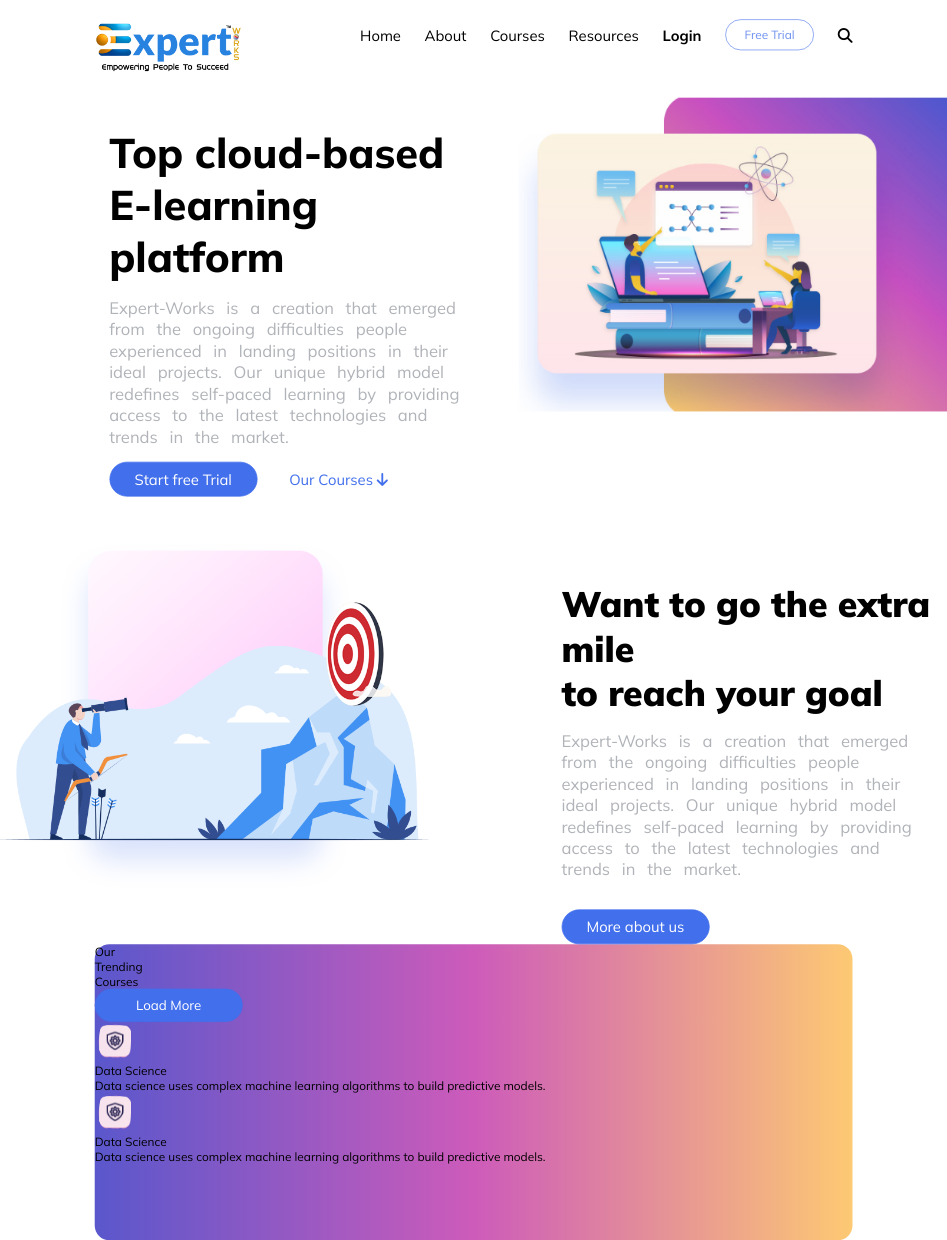
Repository: FlyweisReact/Raghu-B2C
Page: /homePage
These files come from the project's save history. The page is drawn as it stood at one moment and after the next save; the edit follows.
The browser window is 1280 px wide. The pictures show the whole page, at 74% of full size.
Some web libraries are served in a nearby version. The project was rebuilt for these pictures with package versions that can differ from the ones it lists, and the page was loaded fresh each time. Also part of the build but not shown: src/Footer/footer.scss, src/Footer/Footer.jsx, src/component/pages/courses/course.scss, src/component/Navbar/nav.scss, src/component/Navbar/Nav.jsx, src/component/navigation/NavItems.js, src/component/navigation/Dropdown.css, src/component/navigation/Dropdown.js and 43 more.

Above is the page before, as saved 2023-02-03 16:03:13.

### public/index.html
<!DOCTYPE html>
<html lang="en">
  <head>
    <meta charset="utf-8" />
    <link rel="icon" href="%PUBLIC_URL%/favicon.ico" />
    <meta name="viewport" content="width=device-width, initial-scale=1" />
    <meta name="theme-color" content="#000000" />
    <meta
      name="description"
      content="Web site created using create-react-app"
    />
    <link rel="apple-touch-icon" href="%PUBLIC_URL%/logo192.png" />
    <link href="https://fonts.googleapis.com/css2?family=Mulish:ital,wght@0,200;0,300;0,400;0,500;0,600;0,700;0,800;0,900;1,200;1,300;1,400;1,500;1,600;1,700;1,800&display=swap" rel="stylesheet">
    <link rel="manifest" href="%PUBLIC_URL%/manifest.json" />
    <title>Educational Web</title>
  </head>
  <body>
    <noscript>You need to enable JavaScript to run this app.</noscript>
    <div id="root"></div>
    <script src="https://kit.fontawesome.com/b533b351e4.js" crossorigin="anonymous"></script>
  </body>
</html>

### src/index.js
/** @format */

import React from "react";
import ReactDOM from "react-dom";
import { BrowserRouter } from "react-router-dom";
import App from "./App";

ReactDOM.render(
  <React.StrictMode>
    <BrowserRouter>
      <App />
    </BrowserRouter>
  </React.StrictMode>,
  document.getElementById("root")
);

### src/App.js
/** @format */

import { Routes, Route } from "react-router-dom";
import "./App.css";
import "./component/common.scss";
import Courses from "./component/pages/courses/Courses";
import Home from "./component/Home";
import Programs from "./component/pages/Programs/Programs";
import Login from "./component/pages/LoginPage/Login";
import CreateAccount from "./component/pages/CreateAccount/CreateAccount";
import UsertakenCourses from "./component/pages/UserTakenCourses/UsertakenCourses";
import ExploreMore from "./component/pages/morecourses/ExploreMore";
import Forgot from "./component/pages/forgotPassword/Forgot";
import OTP from "./component/pages/otp/OTP";
import Reset from "./component/pages/reset/Reset";
import ViewCourses from "./component/pages/viewCourses/ViewCourses";
import SignUpOtp from "./component/pages/signUpOtp/SignUpOtp"
import MyCourse from "./component/pages/Mycourse/MyCourse";
import MyCourseDesc from "./component/pages/Mycourse/MyCourseDesc";
import FreeTrial from "./component/pages/FreeTrial/FreeTrial";
import Subscription from "./component/pages/FreeTrial/Subscription";
import Billing from "./component/pages/FreeTrial/Billing";
import ThankYOu from "./component/pages/FreeTrial/ThankYOu";
import HomePage from "./HomePage";

function App() {
  const user = false;

  return (
    <div className="App">
      <Routes>
        <Route exect path="/" element={<Login />} />
        <Route exect path="/emailVerify" element={<Forgot />} />
        <Route exect path="/otp" element={<OTP />} />
        <Route exect path="/reset" element={<Reset />} />
        <Route exect path="/cources" element={<Courses />} />
        <Route exect path="/viewCourses" element={<ViewCourses />} />
        <Route exect path="/program" element={<Programs />} />
        <Route exect path="/home" element={<Home user={user} />} />
        <Route exect path="/create-acount" element={<CreateAccount />} />
        <Route exect path="/signUpOtp" element={<SignUpOtp />} />
        <Route exect path="/user" element={<UsertakenCourses />} />
        <Route exect path="/explore" element={<ExploreMore />} />
        <Route exect path="/myCourse" element={<MyCourse />} />
        <Route exect path="/myCourse/:id" element={<MyCourseDesc />} />
        <Route  exect path="/trial" element={<FreeTrial />} />
        <Route  exect path="/subscription" element={<Subscription />} />
        <Route  exect path="/billing" element={<Billing />} />
        <Route  exect path="/thank" element={<ThankYOu />} />
        <Route  exect path="/homePage" element={<HomePage />} />





      </Routes>
    </div>
  );
}

export default App;

### src/App.css
*{
  margin: 0;
  padding: 0;
  box-sizing: border-box;
  font-family: 'Mulish', sans-serif;
}
.hello{
  color:#7ABCFF;
color:  #3284D6;
color:  #D1E8FF;

}

### src/component/common.scss
.links{
    text-decoration: none;
    color: #fff;
    overflow-x: hidden;
}

*{
    // overflow-x: hidden;
    scroll-behavior: smooth;
}

### src/HomePage.js
/** @format */

import React from "react";
import "./HomePage.css";
// Images
import img from "./images/logo.png";
import img1 from './images/1st image.png'
import img2 from './images/2nd image.png'
import img3 from './images/Home.png'
import img4 from './images/icon.png'


const HomePage = () => {
  return (
    <>
      <div className="HomeNewnav">
        <div className="left">
          <img src={img} alt="" />
        </div>
        <div className="right">
          <ul>
            <li>Home</li>
            <li>About </li>
            <li>Courses</li>
            <li>Resources</li>
            <li style={{ fontWeight: "bold" }}>Login</li>
            <button>Free Trial</button>
            <li>
              <i class="fa-solid fa-magnifying-glass"></i>
            </li>
          </ul>
        </div>
      </div>

      <div className="mainSecTwo">
        <div className="left">
          <p className="head">
            Top cloud-based <br /> E-learning platform{" "}
          </p>
          <p className="desc">
            Expert-Works is a creation that emerged from the ongoing
            difficulties people experienced in landing positions in their ideal
            projects. Our unique hybrid model redefines self-paced learning by
            providing access to the latest technologies and trends in the
            market.
          </p>
          <div className="btns">
            <button
              style={{
                backgroundColor: "#426fec",
                color: "#fff",
                width: "200px",
                border: "1px solid #426fec",
                fontSize: "20px",
                borderRadius: "50px",
                padding: "10px",
              }}
            >
              Start free Trial
            </button>
            <button
              style={{
                backgroundColor: "#fff",
                color: "#426fec",
                width: "200px",
                border: "none",
                fontSize: "20px",
                borderRadius: "50px",
                padding: "10px",
              }}
            >
              Our Courses <i class="fa-solid fa-arrow-down"></i>
            </button>
          </div>
        </div>
        <div className="right">
          <img
            src={img3}
            alt=""
          />
        </div>
      </div>

      <div className="mainSecTwo2">
        <div className="left">
          <img
            src={img2}
            alt=""
          />
        </div>
        <div className="right">
          <p className="head">
            Want to go the extra mile <br />
            to reach your goal
          </p>
          <p className="desc">
            Expert-Works is a creation that emerged from the ongoing
            difficulties people experienced in landing positions in their ideal
            projects. Our unique hybrid model redefines self-paced learning by
            providing access to the latest technologies and trends in the
            market.
          </p>
          <div className="btns">
            <button
              style={{
                backgroundColor: "#426fec",
                color: "#fff",
                width: "200px",
                border: "1px solid #426fec",
                fontSize: "20px",
                borderRadius: "50px",
                padding: "10px",
              }}
            >
              More about us
            </button>
          </div>
        </div>
      </div>

      <div className="centerMainDiv">
        <div className="left">
          <p className="head">
            Our <br /> Trending <br /> Courses
          </p>{" "}
          <button
            style={{
              backgroundColor: "#426fec",
              color: "#fff",
              width: "200px",
              border: "1px solid #426fec",
              fontSize: "18px",
              borderRadius: "50px",
              padding: "10px",
            }}
          >
           Load More
          </button>
        </div>
        <div className="right">
            <div className="group">
                <div>
                    <img src={img4} alt='' />
                    <p className="head">Data Science</p>
                    <p className="desc">Data science uses complex machine learning algorithms to build predictive models.</p>
                </div>
                <div>
                    <img src={img4} alt='' />
                    <p className="head">Data Science</p>
                    <p className="desc">Data science uses complex machine learning algorithms to build predictive models.</p>
                </div>
            </div>
        </div>
      </div>
    </>
  );
};

export default HomePage;

### src/HomePage.css
.HomeNewnav{
    display: flex;
    justify-content: space-between;
    width: 80%;
    margin-left:10%;
    margin-top: 2%;
}
.HomeNewnav .left img{
    width: 200px;
}
.HomeNewnav .right ul {
    display: flex;
    gap: 2rem;
}
.HomeNewnav .right ul li{
    list-style: none;
    font-size: 20px;
    margin-top: 10px;
}
.HomeNewnav .right ul  button {
    width: 120px;
    font-size: 16px;
    margin-top: 0;
    border: 1px solid #6e90f0;
    color: #6e90f0;
    background-color: #fff;

    padding: 10px;
    border-radius: 50px;
}
.HomeNewnav .right ul li:hover{
    color: #6e90f0;
    cursor: pointer;
}



.mainSecTwo {
    display: flex;
    margin-top: 2%;
    gap: 2rem;
    justify-content: space-between;
}
.mainSecTwo .left{
    width: 50%;
    margin-left: 7%;
    margin-top: 3%;
}
.mainSecTwo .right{
    width: 50%;
}
.mainSecTwo .right img {
    width: 100%;
}
.mainSecTwo .left .head{
    font-size: 3.5rem;
    font-weight: 800;
    margin-left: 10%;

}
.mainSecTwo .left .desc{
    width: 500px;
    word-spacing: 10px;
    font-size: 1.4rem;
    margin-top: 20px;
    margin-left: 10%;
    color: #b0b3b8;
}
.mainSecTwo .left .btns{
    display: flex;
    gap: 10px;
    margin-left: 10%;
    margin-top: 20px;
}



.mainSecTwo2{
    display: flex;
    margin-top: 5%;
    gap: 2rem;
    justify-content: space-between;
}
.mainSecTwo2 .right{
    width: 50%;
    margin-top: 4%;
    margin-left: 7%;
}
.mainSecTwo2 .left{
    width: 50%;

}
.mainSecTwo2 .left img {
    width: 100%;
}
.mainSecTwo2 .right .head{
    font-size: 3rem;
    font-weight: 900;
    margin-left: 10%;
}
.mainSecTwo2 .right .desc{
    width: 500px;
    word-spacing: 10px;
    font-size: 1.4rem;
    margin-top: 20px;
    margin-left: 10%;
    color: #b0b3b8;
}
.mainSecTwo2 .right .btns{
    display: flex;
    gap: 10px;
    margin-left: 10%;
    margin-top: 40px;
}


.centerMainDiv{
    width: 80%;
  height: 400px;
  background-image: linear-gradient(to right, #5a57cc , #cd5bba , #fdc973);
  margin: auto;
  border-radius: 20px;
}

Loaded but not shown: src/component/pages/viewCourses/viewCourses.css (no stored copy; drawn as an empty file)

After the next save:
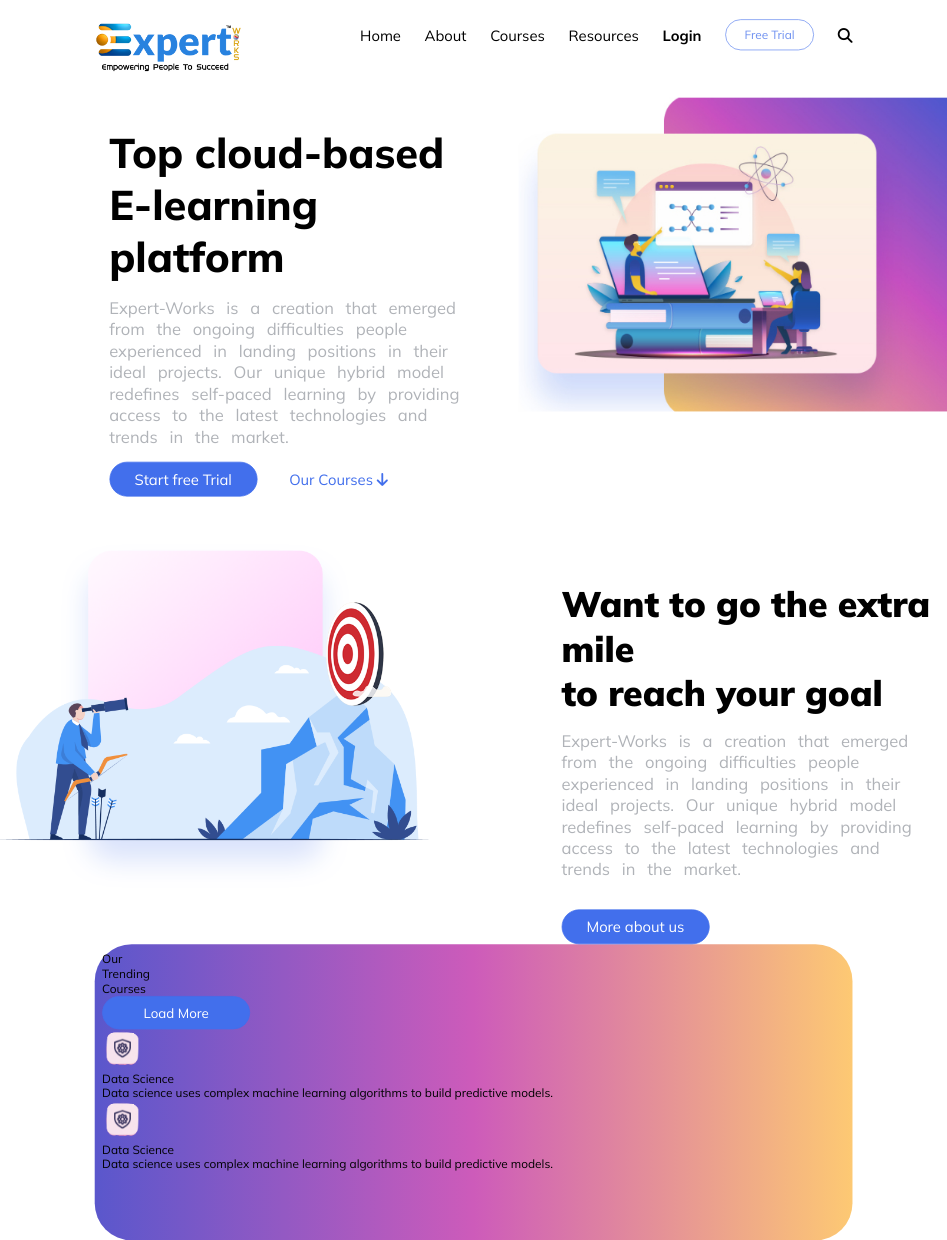
Saved 21 s later.
--- a/src/HomePage.css
+++ b/src/HomePage.css
@@ -119,5 +119,6 @@
   height: 400px;
   background-image: linear-gradient(to right, #5a57cc , #cd5bba , #fdc973);
   margin: auto;
-  border-radius: 20px;
+  border-radius: 50px;
+  padding: 10px;
 }
